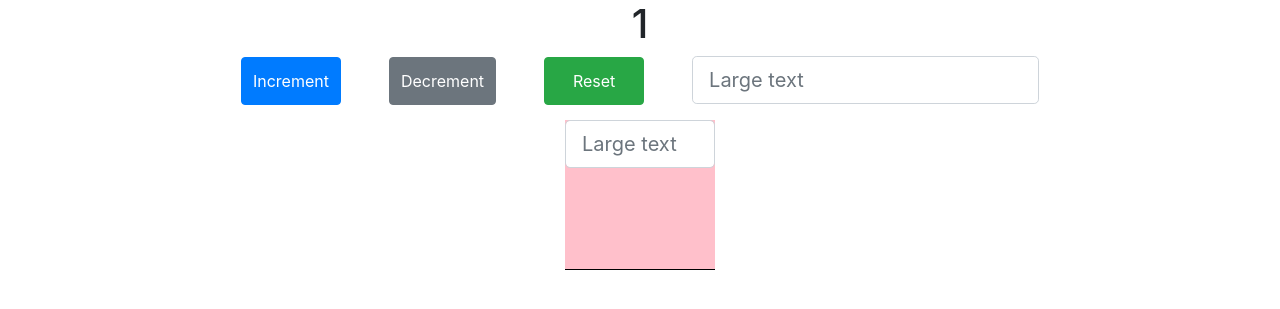
Repository: tts2610/redux-counter
Page: /
These files come from the project's save history. The page is drawn as it stood at one moment and after the next save; the edit follows.
The browser window is 1280 px wide. The pictures show the whole page.
The project was rebuilt for these pictures with package versions that can differ from the ones it lists, and the page was loaded fresh each time.

Above is the page before, as saved 2020-06-09 18:29:03.

After the next save:
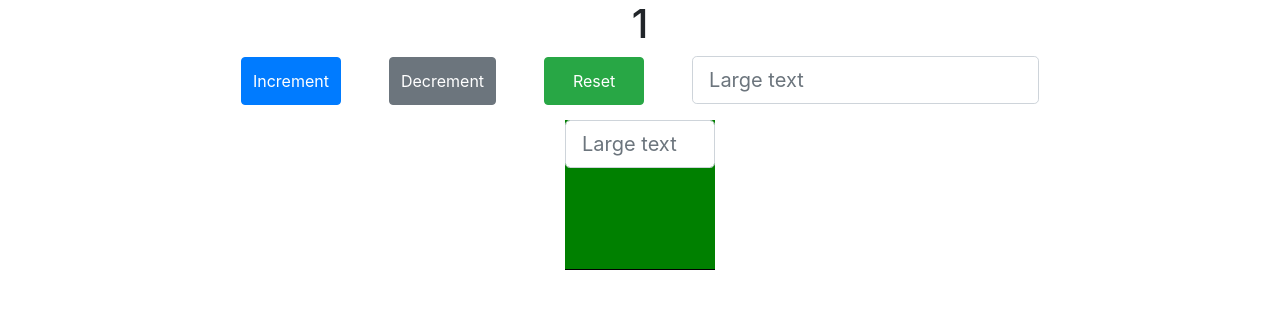
Saved 7 min 8 s later.
--- a/src/index.js
+++ b/src/index.js
@@ -9,7 +9,7 @@
 const initialState = {
   count: 1,
   color: "pink",
-  divArr: {},
+  divArr: { pink: "green" },
 };
 
 // function countReducer(state = initialState, action) {

After the 2 saves that followed:
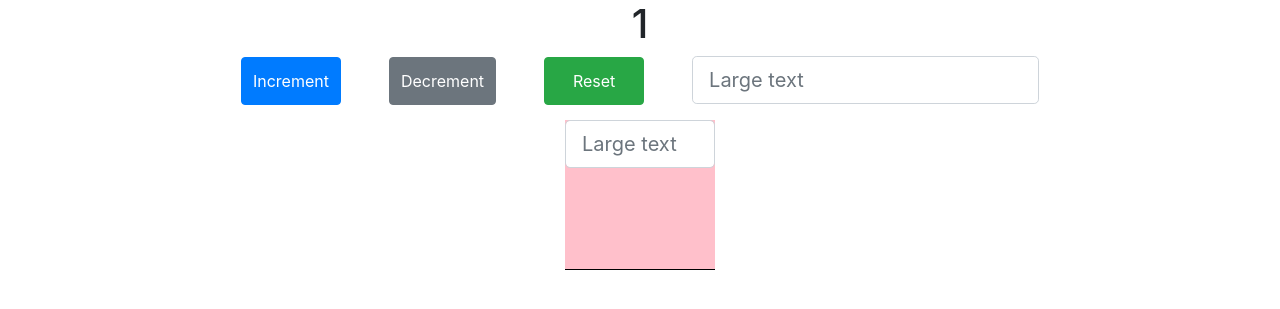
The 2 saves are shown as one change because 1 left the picture as it was.
The last was saved 56 s later.
--- a/src/index.js
+++ b/src/index.js
@@ -9,7 +9,7 @@
 const initialState = {
   count: 1,
   color: "pink",
-  divArr: { pink: "green" },
+  divArr: { color: "green" },
 };
 
 // function countReducer(state = initialState, action) {
--- a/src/App.js
+++ b/src/App.js
@@ -29,7 +29,7 @@ function App() {
             onChange={(e) =>
               dispatch({
                 type: "CHANGEINDIVIDUAL",
-                payload: { id: temp, color: e.target.value },
+                payload: { id: color, color: e.target.value },
               })
             }
             type="text"
